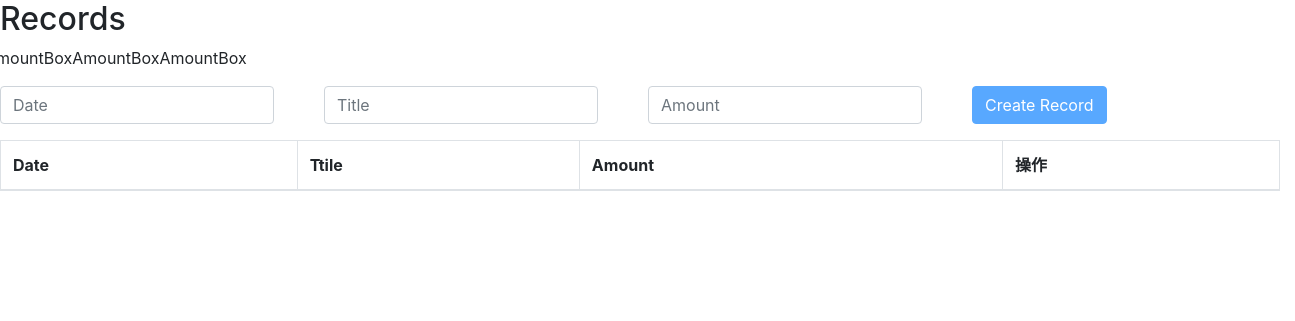
Repository: wjszydygns/accouts
Page: /
An editor plug-in stored every save of this project. The page is shown before and after the next save, followed by the edit.
The browser window is 1280 px wide. The page is 1295 px wide, so the pictures cover 1295 px, including what lies to the right of the window. The pictures show the whole page.
The page's requests for data from a server got no answer. The project was rebuilt for these pictures with package versions that can differ from the ones it lists, and the page was loaded fresh each time. No one was signed in, and anything a server would have sent is missing. Also part of the build but not shown: src/components/record.jsx.

Above is the page before, as saved 2018-11-30 20:10:37.

### public/index.html
<!DOCTYPE html>
<html lang="en">
  <head>
    <meta charset="utf-8">
    <link rel="shortcut icon" href="%PUBLIC_URL%/favicon.ico">
    <meta name="viewport" content="width=device-width, initial-scale=1, shrink-to-fit=no">
    <meta name="theme-color" content="#000000">
    <!--
      manifest.json provides metadata used when your web app is added to the
      homescreen on Android. See https://developers.google.com/web/fundamentals/web-app-manifest/
    -->
    <link rel="manifest" href="%PUBLIC_URL%/manifest.json">
    <link href="https://cdn.bootcss.com/twitter-bootstrap/4.1.3/css/bootstrap.min.css" rel="stylesheet">


    <title>React App</title>
  </head>
  <body>

    <div id="root"></div>

  </body>
</html>

### src/index.js
import React from 'react';
import ReactDOM from 'react-dom';

import RecordList from './components/records';
import * as serviceWorker from './serviceWorker';

ReactDOM.render(<RecordList />, document.getElementById('root'));

// If you want your app to work offline and load faster, you can change
// unregister() to register() below. Note this comes with some pitfalls.
// Learn more about service workers: http://bit.ly/CRA-PWA
serviceWorker.unregister();

### src/components/records.jsx
import React, { Component } from 'react';
import { table } from "antd"
import Record from "./record"
import * as moment from "moment"
import axios from "axios"
import PropTypes from "prop-types"
import * as RecordsAPI from "../utils/RecordsAPI"
import RecordForm from "./RecordForm"
import AmountBox from "./amountBox"

class RecordList extends Component {
  constructor(props) {
    super(props)
    this.state = {
      records:
        [
          // {id:1,date:"2018-11-2",title:"房租",amount:1900},
          // {id:2,date:"2018-11-5",title:"工资收入",amount:5000},
          // {id:3,date:"2018-11-11",title:"购物",amount:700},
          // {id:4,date:"2018-11-16",title:"收入",amount:800},
        ],
      isloaded: false,
      error: null
    }
  }

  componentDidMount() {
    const { records, isloaded } = this.state;
    // const url=`https://5bfe4524362b930013f651be.mockapi.io/api/v1/records`
    //  fetch(url).then(res=>{
    //    return res.json();

    //  }).then(data=>{  //res.data=data
    //    this.setState({
    //      records:data
    //    })
    //  }).catch(err=>
    //    console.log(err)
    //   )
    this.getData();

  }
  getData = () => {

    RecordsAPI.getAll().then(res => {
      this.setState({
        records: res.data,
        isloaded: true
      })

    }).catch(error => {
      this.setState({
        isloaded: true,
      })
    })


  }

  add = (record) => {
    const { records } = this.state;
    //  records.unshift(record);
    //  this.setState({
    //     records
    //  })
    // this.getData();  不需要整个全部重新发请求刷新页面，只需要局部更新state的值即可
    this.setState({
      records: [
        ...records,
        record       //将新添加的那条添加到下面，这样可以简单的合并对象到一个数组

      ]
    })

  }
  update = (id, updateRecord) => {
    // debugger

    const { records } = this.state;
    let array = records;
    array = array.map((item, index) => {
      if (item.id !== id) {
        return item
      }
      // return Object.assign(item,updateRecord);//Object.assign方法的第一个参数是目标对象，后面的参数都是源对象。
      return {                                //如果目标对象与源对象有同名属性，或多个源对象有同名属性，则后面的属性会覆盖前面的属性。
        ...item,
        ...updateRecord
      }
    })
    console.log(array);
    this.setState({
      records: array
    })
    console.log(records);


  }

  delete=(id)=>{
    const { records } = this.state;
    let newRecords=records.filter((item)=>{
       if(id===item.id)
          return false
       return true
    })
    this.setState({
      records:newRecords
    })

  }
  render() {
    const { error, isloaded, records } = this.state;
    let recordsComponent;
    {
      if (error) {
        recordsComponent = <div>{error}</div>
      } else if (!isloaded) {
        recordsComponent = <div>Loading...</div>

      }
      else {
        recordsComponent = (
          <div >
            <table className="table table-bordered">
              <thead>
                <tr>
                  <th>Date</th>
                  <th>Ttile</th>
                  <th>Amount</th>
                  <th>操作</th>
                </tr>
              </thead>
              <tbody>
                {
                  this.state.records.map((item, index) => {
                    item.date = moment(item.date).format("YYYY-MM-DD:HH:ss:mm")
                    return <Record key={item.id}
                                 　 {...item}
                                 　 update={this.update}
                                  　delete={this.delete} />

                  })
                }
              </tbody>
            </table>
          </div>
        );
      }
    }

    return (
      <div>
        <h2>Records</h2>
        <div className="row mb-3">
           <AmountBox  text="Credits" type="success"></AmountBox>
           <AmountBox text="Debits" type="danger"></AmountBox>
           <AmountBox text="Balance" type="info"></AmountBox>
        </div>
        <RecordForm  {...this.state} addRecord={this.add} />
        {recordsComponent}
      </div>

    )


  }
}

export default RecordList;

### src/utils/RecordsAPI.js
import axios from "axios"
//使用环境变量来定义ａｐｉ,这样就可以把好多人要请求的接口放到一起通过ａｐｉ.什么来引用
//REACT_APP_RECORDS_API_URL这就是一个环境变量，要在ｓｃｒｉｐｔｓ里面定义这个环境变量的值,process.env是引用环境变量的前缀
 const api=process.env.REACT_APP_RECORDS_API_URL ||"http://localhost:5000"

//将axios请求全部封装到一个方法里面

export const getAll=()=>{
    //注意箭头函数要加大括号的话必须加return,否则没有返回值
   return axios.get(`${api}api/v1/records`)

}
export const create=(body)=>{
//添加一条记录时，也要向那个接口发送请求，因为我们现在的数据不是写死的，而是从上面那个接口请求回来的，那个数据是要求有一个ｉｄ作为ｒｅｃｏｒｄ的key值的
//所以我们也要有id，这个id 可以是它自己生成的
//要发一个post 请求
　return 　axios.post(`${api}api/v1/records`,body)   //axios.post(url,参数对象)

}

export const update=(id,body)=>{
//更新数据，向接口发送数

  return axios.put(`${api}api/v1/records/${id}`,body)

};

export const deleteRecord=(id)=>{
    //删除数据，向接口发送id，并且将该条数据置空即可

      return axios.get(`${api}api/v1/records/${id}`)

    };

### src/components/RecordForm.js
import React, { Component } from 'react';
import {table} from "antd"
import PropTypes from "prop-types"
import "../index.css"
import * as RecordAPI from "../utils/RecordsAPI"

class RecordForm extends Component {

   state={
       date:"",
       title:"",
       amount:"",
   }

    valid=()=>{
        //验证是否有效，三个同时有值的时候才有效，返回true
        return  this.state.date &&this.state.title &&this.state.amount


    }
    handle=(e,key)=>{
       this.setState({
        [key]:e.target.value
       })
    }
    addRecord=(event)=>{
      event.preventDefault();//阻止默认行为，即参数不会出现在ｕｒｌ中
      const record=this.state;
      const {addRecord}=this.props;
    //   addRecord(record);
      RecordAPI.create({...record,amount:Number.parseInt(record.amount,0)})
      .then(res=>{

          addRecord(res.data);
      }).catch(
          error=>console.log(error.message)

      )
      this.setState({
        date:"",
        title:"",
        amount:"",
      })

    }


  render() {
      //  const {record}=this.props
      const {date,title,amount}=this.state;
    return (
     <form className="form-inline mb-3">
      <div className="form-group">
        <input type="text" className="form-control"
               placeholder="Date"
               name="date" value={date}
               onChange={e=>this.handle(e,"date")}/>

      </div>
      <div className="form-group">
        <input type="text" className="form-control"
               placeholder="Title"
               name="title" value={title}
               onChange={e=>this.handle(e,"title")}/>

      </div>
      <div className="form-group">
        <input type="text" className="form-control"
               placeholder="Amount"
               name="amount" value={amount}
               onChange={e=>this.setState({amount:e.target.value})}/>

      </div>
      <div className="form-group">
      <button className="btn btn-primary"
              type="submit"
              disabled={!(date && title && amount)}
              onClick={this.addRecord}>
              Create Record
     </button>
      </div>

     </form>
    );
  }
}

export default RecordForm;
 RecordForm.propTypes={
  id:PropTypes.string,
  date:PropTypes.string,
  title:PropTypes.string,
  amount:PropTypes.number,
  addRecord:PropTypes.func.isRequired,



}

### src/components/amountBox.jsx
import React,{Component} from "react"

export default class AmountBox extends React.Component{



    render(){
    return(

     <div>AmountBox</div>

    )
    }







}

### src/index.css
body {
  margin: 0;
  padding: 0;
  font-family: -apple-system, BlinkMacSystemFont, "Segoe UI", "Roboto", "Oxygen",
    "Ubuntu", "Cantarell", "Fira Sans", "Droid Sans", "Helvetica Neue",
    sans-serif;
  -webkit-font-smoothing: antialiased;
  -moz-osx-font-smoothing: grayscale;
}

.form-group{
    margin-right:50px;

}

Loaded but not shown: src/serviceWorker.js (common file)

After the next save:
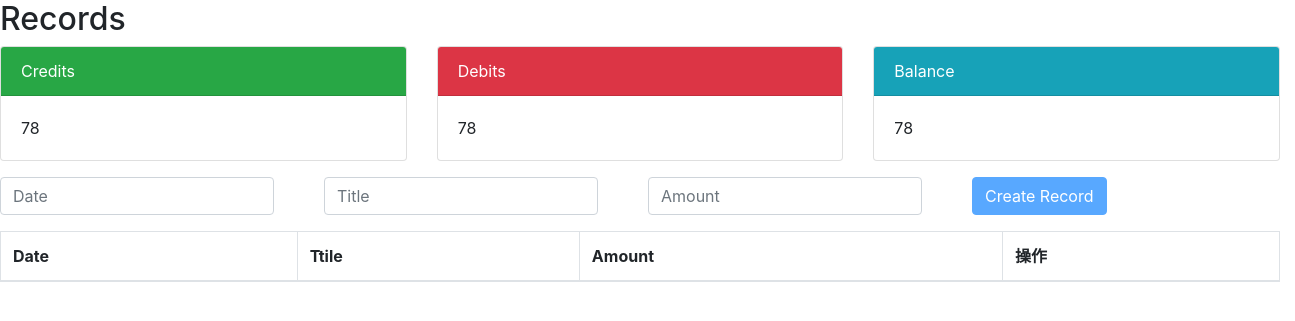
Saved 2 min 58 s later.
--- a/src/components/amountBox.jsx
+++ b/src/components/amountBox.jsx
@@ -1,15 +1,26 @@
-import React,{Component} from "react"
+import React, { Component } from "react"
 
-export default class AmountBox extends React.Component{
+export default class AmountBox extends React.Component {
 
 
 
-    render(){
-    return(
+    render() {
+        const { text, type } = this.props;
+        return (
+            <div className="col">
+              <div className="card">
+               <div className={`card-header bg-${type} text-white`}>
+                  {text}
+               </div>
+               <div className="card-body">
+                  78
+               </div>
 
-     <div>AmountBox</div>
+              </div>
+            </div>
 
-    )
+
+        )
     }
 
 
